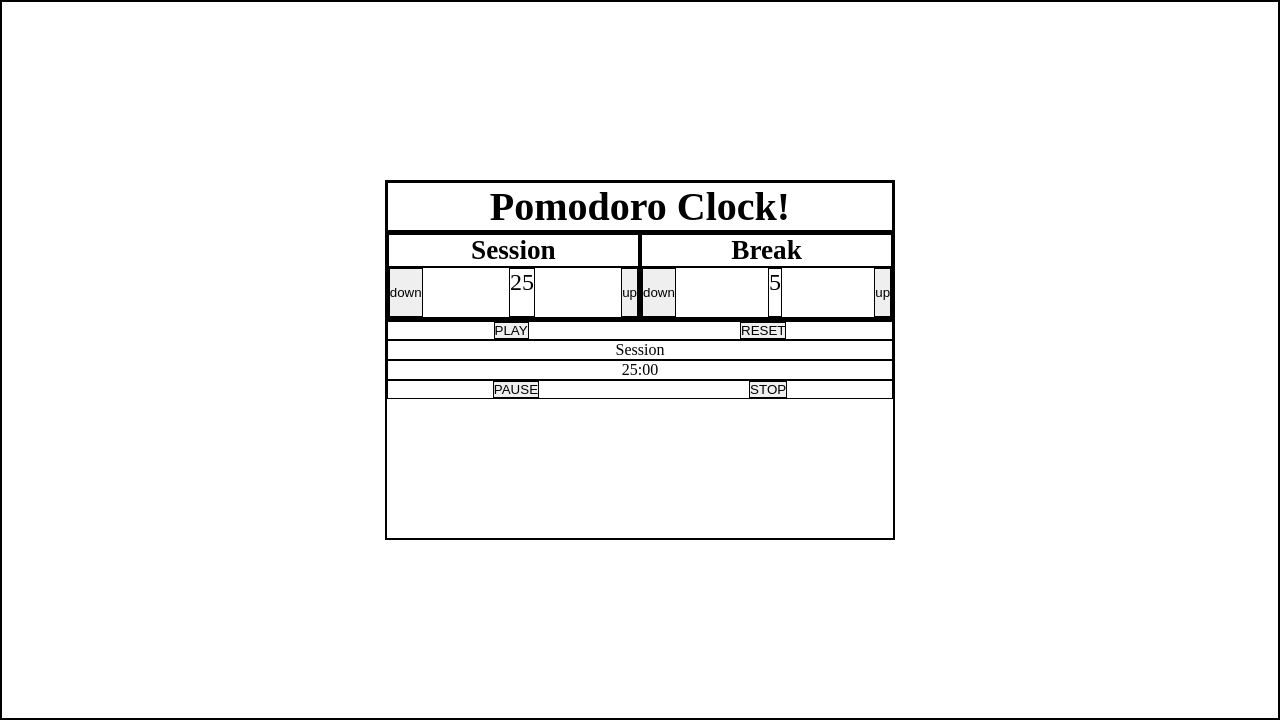
Repository: mcostigliola/pomodoroTimer
Page: index.html
An editor plug-in stored every save of this project. The page is shown before and after the next save, followed by the edit.
The browser window is 1280 px wide. The pictures show the whole page.

Above is the page before, as saved 2020-06-07 11:28:24.

### index.html
<!DOCTYPE html>
<html>
<head>
  <meta charset='utf-8'>
  <meta http-equiv='X-UA-Compatible' content='IE=edge'>
  <title>Page Title</title>
  <meta name='viewport' content='width=device-width, initial-scale=1'>
  <link rel='stylesheet' type='text/css' media='screen' href='main.css'>
</head>
<body>
  <div id="main-container">
    <div id="title-watch">
      <p>Pomodoro Clock!</p>
    </div>

    <div id="session-container">
      <div class="timer-configurator">
        <h3 class="cnfg-name">Session</h3>
        <div class="cnfg-controller">
          <button id="session-down" class="arrow-btn arrow-down">
            down
          </button>
          <div id="session-minute" class="config-minute"></div>
          <button id="session-up" class="arrow-btn arrow-up">
            up
          </button>
        </div>
      </div>
      <div class="timer-configurator">
        <h3 class="cnfg-name">Break</h3>
        <div class="cnfg-controller">
          <button id="break-down" class="arrow-btn arrow-down">
            down
          </button>
          <div id="break-minute" class="config-minute"></div>
          <button id="break-up" class="arrow-btn arrow-up">
            up
          </button>
        </div>
      </div>
    </div>

    <div id="timer-container">
       <div class="btn-container">
         <button id="btn-play">PLAY</button>
         <button id="btn-reset">RESET</button>
       </div>

       <p id="status">Session</p>
       <p id="timer">25:00</p>
       <div class="btn-container">
         <button id="btn-pause">PAUSE</button>
         <button id="btn-stop">STOP</button>
       </div>

    </div>
  </div>

  <script src='main.js'></script>
</body>
</html>

### main.css
*{
    border: 1px solid black;
    box-sizing: border-box;
    margin:0;
    padding:0;
}

html{
    height: 100%;
}

body{
    display: flex;
    flex-flow: column;
    height: 100%;
}

button{

}

#main-container{
    display: flex;
    flex-flow: column;
    height: 50vh;
    justify-content: space-between;
    margin: auto;
    width: 40%;
}

#session-container{
    display: flex;
    height: 30%;
}

#timer-container{
    height: 75%;
}

#timer-container p{
    display:flex;
    flex-flow: column;
    text-align: center;
}

#title-watch{
    align-items: center;
    display: flex;
    height: 15%;
    text-align: center;
}

#title-watch p{
    flex-grow: 1;
    font-size: 40px;
    font-weight: bold;
}

.btn-container{
    display: flex;
    justify-content: space-around;
}

.cnfg-controller{
    display: flex;
    flex-grow: 1;
    justify-content: space-between;
}

.cnfg-name{
    font-size: 1.7rem;
}

.config-minute{
    font-size: 1.5rem;
}


.timer-configurator{
    display: flex;
    flex-flow: column;
    width: 50%;
}

.timer-configurator h3{
    text-align: center;
}

### main.js
const MAX_CNFG_VALUE = 99;
const DEFMINUTES = 25;
const DEFBREAK = 5;
let configSessionMinutes = DEFMINUTES;
let configBreakMinutes = DEFBREAK;
let timerMinutes = configSessionMinutes;
let timerSeconds = 0;
let intervalId;
let isPaused = true;
let isOnBreak = false;
let sessionP = document.getElementById('status');
document.getElementById('session-minute').innerText = configSessionMinutes.toString();
document.getElementById('break-minute').innerText = configBreakMinutes.toString();

let arrowBtns = Array.from(document.querySelectorAll('.arrow-btn'));
arrowBtns.forEach(btn => btn.addEventListener('click', pressArrow));

document.getElementById('btn-play').addEventListener('click', pressPlay);
document.getElementById('btn-pause').addEventListener('click', pressPause);
document.getElementById('btn-stop').addEventListener('click', pressStop);
document.getElementById('btn-reset').addEventListener('click', resetButton);

function pressArrow(e){
  const buttonId = e.target.id;
  changeConfigMinutes(buttonId);
  alignConfigWithDisplay(buttonId);
}

function alignConfigWithDisplay(buttonId){
  if(buttonId.includes('break')){
    updateDisplay();
    if(isPaused && isOnBreak){
      timerMinutes = configBreakMinutes;
      updateDisplay();
    }
  }else{
    updateDisplay();
    if(isPaused && !isOnBreak){
      timerMinutes = configSessionMinutes;
      updateDisplay();
    }
  }
}

function changeConfigMinutes(buttonId){
  switch(buttonId){
    case "session-up":
      if(configSessionMinutes < MAX_CNFG_VALUE) configSessionMinutes++;
      break;
    case "session-down":
      if(configSessionMinutes > 0) configSessionMinutes--;
      break;
    case "break-up":
      if(configBreakMinutes < MAX_CNFG_VALUE) configBreakMinutes++;
      break;
    case "break-down":
      if(configBreakMinutes > 0) configBreakMinutes--;
      break;
  }
}

function updateDisplay(){
  updateTimerText();
  udpateConfigText();
}

function updateTimerText(){
  let timer = '';
  timerMinutes < 10 ? timer = `0${timerMinutes}`: timer = timerMinutes;
  timerSeconds < 10 ? timer += `:0${timerSeconds}`: timer += `:${timerSeconds}`;
  document.getElementById('timer').innerText = timer;
}

function udpateConfigText(){
  document.getElementById('break-minute').innerText = configBreakMinutes.toString();
  document.getElementById('session-minute').innerText = configSessionMinutes.toString();
}

function countdown(){
   intervalId = setInterval(() => {
    if(isPaused === true){
      clearInterval(intervalId);
      return;
    }
    if (timerSeconds > 0){
          timerSeconds--;
          updateDisplay();
    }else{
      if (timerMinutes > 0){
        timerMinutes--;
        timerSeconds = 59;
        updateDisplay();
      } else {
        isPaused = true;
        switchStatus();
      }
    }
   }, 1000);
}

function pressPlay(){
  if (isPaused){
    countdown();
    isPaused = false;
  }
}

function pressPause(){
  if(!isPaused) isPaused = true;
}

function pressStop(){
  timerSeconds = 0;
  isPaused = true;
  if(isOnBreak){
    sessionP.innerText = "Break";
    timerMinutes = configBreakMinutes;
  }else{
    sessionP.innerText = "Session";
    timerMinutes = configSessionMinutes;
  }
  updateDisplay();
}

function resetButton(){
  configSessionMinutes = DEFMINUTES;
  configBreakMinutes = DEFBREAK;
  isPaused = true;
  isOnBreak = false;
  timerMinutes = configSessionMinutes;
  timerSeconds = 0;
  sessionP.innerText = "Session";
  updateDisplay();
}

function switchStatus(){
  clearInterval(intervalId);
  isOnBreak = !isOnBreak;
  if(isOnBreak){
    timerMinutes = configBreakMinutes;
    sessionP.innerText = "Break";
  } else {
    timerMinutes = configSessionMinutes;
    sessionP.innerText = "Session";
  }
  isPaused = true;
  updateDisplay();
}

After the next save:
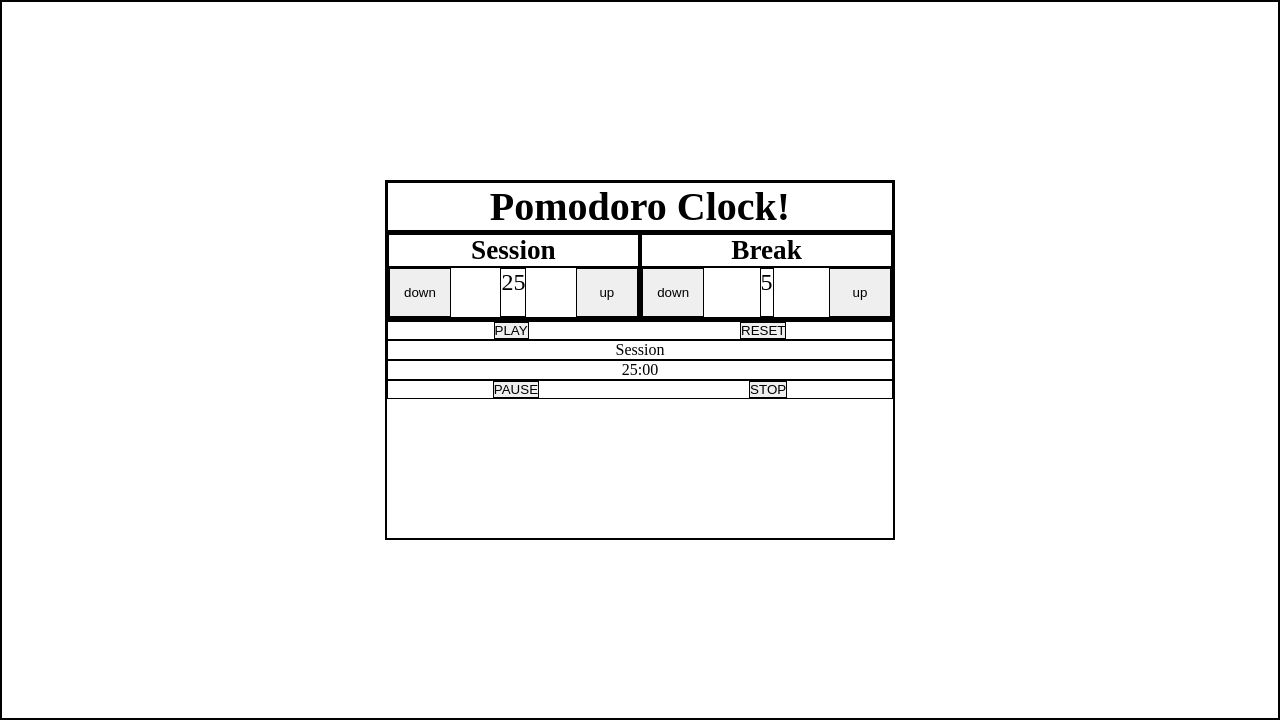
Saved 2 min 7 s later.
--- a/main.css
+++ b/main.css
@@ -56,6 +56,10 @@ button{
     font-weight: bold;
 }
 
+.arrow-btn{
+    width: 25%;
+}
+
 .btn-container{
     display: flex;
     justify-content: space-around;
